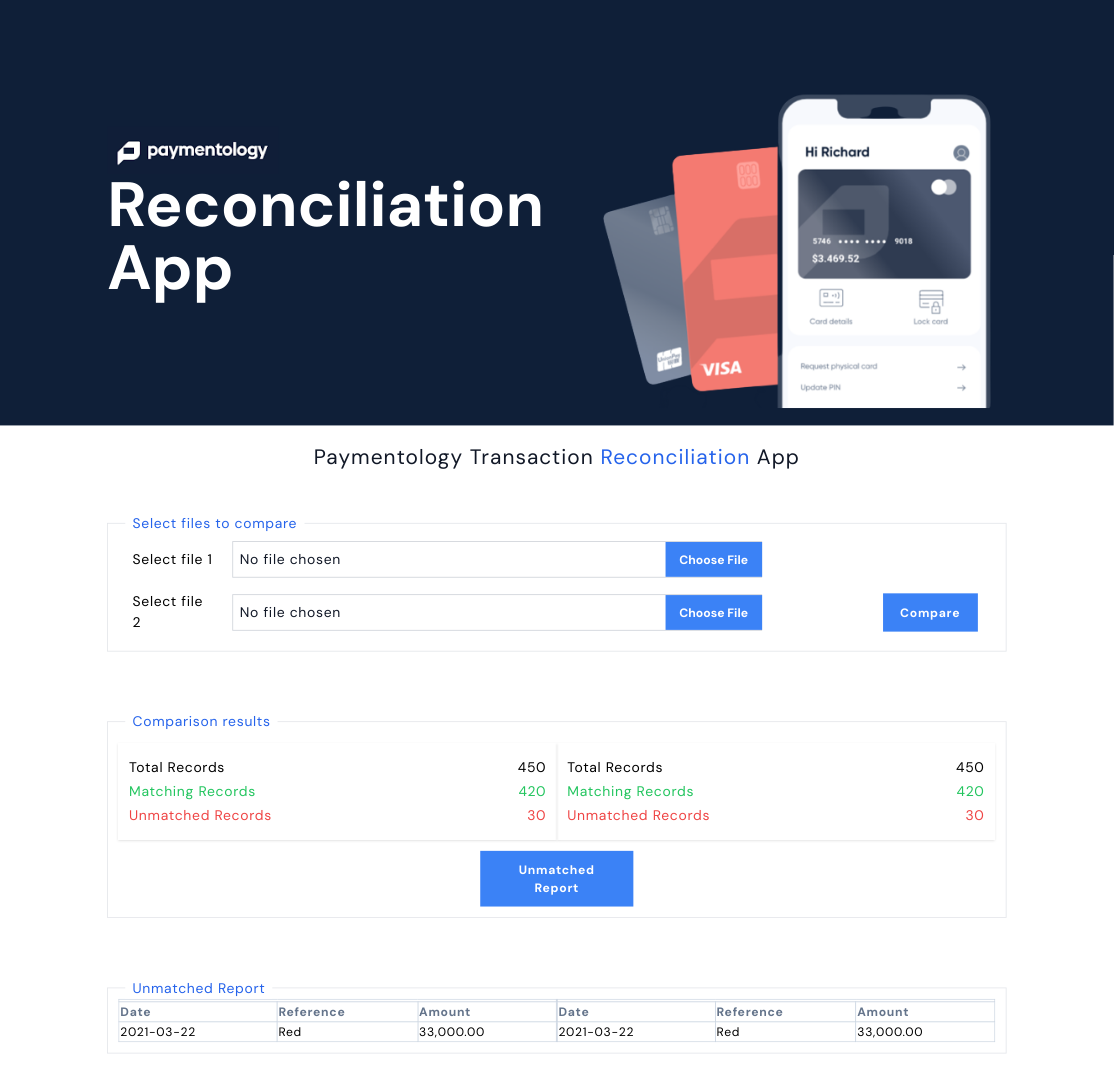
Repository: chionye/paymentology-front
Page: /
These files come from the project's save history. The page is drawn as it stood at one moment and after a run of saves; the edit follows.
The browser window is 1280 px wide. The pictures show the whole page, at 87% of full size.
The project was rebuilt for these pictures with package versions that can differ from the ones it lists, and the page was loaded fresh each time.

Above is the page before, as saved 2022-03-20 13:49:43.

### public/index.html
<!DOCTYPE html>
<html lang="en">
  <head>
    <meta charset="utf-8" />
    <link rel="icon" href="%PUBLIC_URL%/favicon.ico" />
    <meta name="viewport" content="width=device-width, initial-scale=1" />
    <meta name="theme-color" content="#000000" />
    <meta
      name="description"
      content="Web site created using create-react-app"
    />
    <link rel="preconnect" href="https://fonts.googleapis.com">
    <link rel="preconnect" href="https://fonts.gstatic.com" crossorigin>
    <link href="https://fonts.googleapis.com/css2?family=DM+Sans:wght@400;700&display=swap" rel="stylesheet">
    <link rel="apple-touch-icon" href="%PUBLIC_URL%/logo192.png" />
    <!--
      manifest.json provides metadata used when your web app is installed on a
      user's mobile device or desktop. See https://developers.google.com/web/fundamentals/web-app-manifest/
    -->
    <link rel="manifest" href="%PUBLIC_URL%/manifest.json" />
    <!--
      Notice the use of %PUBLIC_URL% in the tags above.
      It will be replaced with the URL of the `public` folder during the build.
      Only files inside the `public` folder can be referenced from the HTML.

      Unlike "/favicon.ico" or "favicon.ico", "%PUBLIC_URL%/favicon.ico" will
      work correctly both with client-side routing and a non-root public URL.
      Learn how to configure a non-root public URL by running `npm run build`.
    -->
    <title>React App</title>
  </head>
  <body>
    <noscript>You need to enable JavaScript to run this app.</noscript>
    <div id="root"></div>
    <!--
      This HTML file is a template.
      If you open it directly in the browser, you will see an empty page.

      You can add webfonts, meta tags, or analytics to this file.
      The build step will place the bundled scripts into the <body> tag.

      To begin the development, run `npm start` or `yarn start`.
      To create a production bundle, use `npm run build` or `yarn build`.
    -->
  </body>
</html>

### src/index.css
@tailwind base;
@tailwind components;
@tailwind utilities;

body {
  margin: 0;
  padding:0;
  box-sizing: border-box;
  font-family: -apple-system, BlinkMacSystemFont, 'Segoe UI', 'Roboto', 'Oxygen',
    'Ubuntu', 'Cantarell', 'Fira Sans', 'Droid Sans', 'Helvetica Neue',
    sans-serif;
  -webkit-font-smoothing: antialiased;
  -moz-osx-font-smoothing: grayscale;
  font-family: 'DM Sans', sans-serif;
}

input[type=file]::file-selector-button {
  position: absolute;
  right:-5px;
  top:0;

}
input[type=file]::-ms-browse {
  position: absolute;
  right:-5px;
  top:0;
}

input[type=file]::-webkit-file-upload-button {
  position: absolute;
  right:-5px;
  top:0;
}

### src/App.js
import Banner from "./components/Banner";
import CompareFiles from "./components/CompareFiles";
import { FileProvider } from "./context/index.context";
import Results from "./components/Results";
import Report from "./components/Report";
import Title from "./components/Title";

function App() {
  return (
    <FileProvider>
      <Banner />
      <Title />

      <CompareFiles />
      <Results />
      <Report />
    </FileProvider>

  );
}

export default App;

### src/components/Banner.js
import BannerImg from "../assets/PaymentologyImg.png";
import Logo from "../assets/PaymentologyLogo.png"
import Container from "./Container";
const Banner = () => {
    const style = {
        background: "#0f1f38"
    }
    return(
        <div style={style} >
            <Container>
                <div className="w-5/6 mx-auto flex flex-col md:flex-row md:justify-between md:items-center">
                    <div className="w-1/2 text-white text-7xl font-bold">
                        <img className="" src={Logo}  alt="Paymentology Logo"/>
                        <h1>Reconciliation </h1>
                        <span>App</span>
                    </div>
                    <div className="w-1/2 ">
                        <img src={BannerImg} alt="Banner" />
                    </div>
                </div>

            </Container>



        </div>
    )
}

export default Banner;

### src/components/CompareFiles.js
import Button from "./Button";
import Container from "./Container";
import InputFile from "./InputFile";
import Section from "./Section";
import { useFileContext } from "../context/index.context";

const CompareFiles = () => {
    const {file, setFile} = useFileContext();

    const saveFile_1 = e => {
        setFile({
            ...file,
            file1: e.target.files[0],
            fileName1: e.target.files[0].name
        })
    }

    const saveFile_2 = e => {
        setFile({
            ...file,
            file2: e.target.files[0],
            fileName2: e.target.files[0].name
        })
    }

    return(
        <Container>
            <Section title={"Select files to compare"}>
                <InputFile
                file={"Select file 1"}
                handleFile={saveFile_1}
                 />
                <div className="flex flex-col md:flex-row md:items-center md:justify-between">
                    <InputFile
                    file={"Select file 2"}
                    handleFile={saveFile_2}
                    />
                    <div className="my-3 md:my-0 md:mr-5">

                    <Button width={"w-full"} label={"Compare"} />
                    </div>

                </div>
            </Section>
        </Container>

    )
}

export default CompareFiles;

### src/context/index.context.js
import { createContext, useContext, useState } from "react";

const FileContext = createContext(null);

export const FileProvider = ({children}) => {
     const [file, setFile] = useState({
        file1: '',
        fileName1: '',
        file2:'',
        fileName2: ''
    });

    return(
        <FileContext.Provider value={{file, setFile}}>
            {children}
        </FileContext.Provider>
    )
}

export const useFileContext = () => useContext(FileContext);

### src/components/Results.js
import Button from "./Button";
import Container from "./Container";
import FileSummary from "./FileSummary";
import Section from "./Section";
import { useFileContext } from "../context/index.context";

const Results = () => {
    const { file } = useFileContext();
    return(
        <Container>
            <Section title={"Comparison results"}>
                <div className="flex flex-col md:flex-row md:justify-between md:items-center">
                    <FileSummary
                        fileName={file.fileName1}
                        totalRecords={450}
                        matchingRecords={420}
                        unmatchedRecords={30}
                    />
                    <FileSummary
                        fileName={file.fileName2}
                        totalRecords={450}
                        matchingRecords={420}
                        unmatchedRecords={30}
                    />
                </div>
                <div className="md:flex md:w-44 md:justify-center md:mx-auto">
                        <Button width={"w-full"} label={"Unmatched Report"} />
                </div>
            </Section>
        </Container>
    )
}

export default Results;

### src/components/Report.js
import Container from "./Container";
import Section from "./Section";
import FileReports from "./FileReports";


const Report = () => {

    return(
        <Container>
            <Section title={"Unmatched Report"}>
                <FileReports />
            </Section>
        </Container>
    )
}

export default Report;

### src/components/Title.js
import Container from "./Container"

const Title = () => {
    return(
        <Container>
            <div className="md:w-5/6 mx-auto">
                <h1 className="font-medium tracking-wider text-center  leading-loose text-xl md:text-2xl text-gray-900">Paymentology Transaction <span className="text-blue-600">Reconciliation</span> App</h1>

            </div>
        </Container>
    )
}

export default Title;

### src/components/Container.js
const Container = (props) => {

    return <div className="p-5 mx-auto">{props.children}</div>
}
export default Container;

### src/components/Button.js
const Button = (props) => {

    return <button className={`${props.width} bg-blue-500 hover:bg-blue-700 py-3 px-5 text-sm text-white font-semibold`} disabled={true}>{props.label}</button>
}

export default Button;

### src/components/InputFile.js


const InputFile = (props) => {


    return(
        <div className="flex flex-col md:flex-row w-full md:w-3/4 md:items-center md:justify-between text-sm md:text-base tracking-wider my-2 md:px-4">
            <label className="w-28 ">{props.file}</label>
            <div className="w-full border border-1 border-gray-300 py-2.5 sm:py-2 relative md:ml-5">
                <input type="file"
                        className="block
                        font-medium
                        tracking-wider
                        w-full
                        pl-2
                        appearance-none
                        text-gray-900
                        file:py-2.5
                        file:px-4
                        file:border-0
                        file:text-sm
                        file:font-semibold
                        file:bg-blue-500
                        hover:file:bg-blue-700
                        file:text-white"
                        onChange={props.handleFile}
                    />
            </div>

        </div>
    )
}

export default InputFile;

### src/components/Section.js

const Section = (props) => {
    return(
        <div className="relative md:w-5/6  h-auto p-3 border border-1 border-gray mx-auto my-5 tracking-wider">
            <div className="absolute font-medium -top-3 left-1 md:left-5 bg-white  text-blue-600 px-2">{props.title}</div>
            {props.children}
        </div>
    )
}

export default Section;

### src/components/FileSummary.js
const FileSummary = (props) => {
    return(
        <div className="shadow text-sm md:text-base p-3 my-3 w-full md:w-1/2  max-w-lg tracking-wider ">
            <div className="font-semibold text-xl">{props.fileName}</div>
            <div className="flex flex-row justify-between my-1">
                <span>Total Records</span>
                <span>{props.totalRecords}</span>
            </div>
            <div className="flex flex-row justify-between my-1 text-green-500">
                <span>Matching Records</span>
                <span>{props.matchingRecords}</span>
            </div>
            <div className="flex flex-row justify-between my-1 text-red-500">
                <span>Unmatched Records</span>
                <span>{props.unmatchedRecords}</span>
            </div>
        </div>
    )
}

export default FileSummary;

### src/components/FileReports.js
import { useFileContext } from "../context/index.context";
import FileReport from './FileReport';

const FileReports = () => {
    const {file} = useFileContext();

    return(
        <div className="w-full overflow-x-scroll flex flex-row">
            <FileReport
                fileName={file.fileName1}
                date={'2021-03-22'}
                reference={'Red'}
                amount={'33,000.00'}
            />
            <FileReport
                fileName={file.fileName2}
                date={'2021-03-22'}
                reference={'Red'}
                amount={'33,000.00'}
            />
        </div>

    )
}

export default FileReports;

### src/components/FileReport.js
const FileReport = (props) => {
    return(
        <table className="w-full border-collapse border-gray-300 text-sm">
            <thead>
                <tr className="text-left">
                    <th className="font-medium text-base border border-slate-300" colSpan={3} >{props.fileName}</th>
                </tr>
                <tr className="text-left text-slate-500">
                    <th className="border border-slate-300">Date</th>
                    <th className="border border-slate-300">Reference</th>
                    <th className="border border-slate-300">Amount</th>
                </tr>
            </thead>
            <tbody>
                <tr>
                    <td className="border border-slate-300">{props.date}</td>
                    <td className="border border-slate-300">{props.reference}</td>
                    <td className="border border-slate-300">{props.amount}</td>
                </tr>
            </tbody>
        </table>
    )
}

export default FileReport;

Loaded but not shown: src/index.js (common file); src/reportWebVitals.js (common file); tailwind.config.js (common file)

After the next 3 saves:
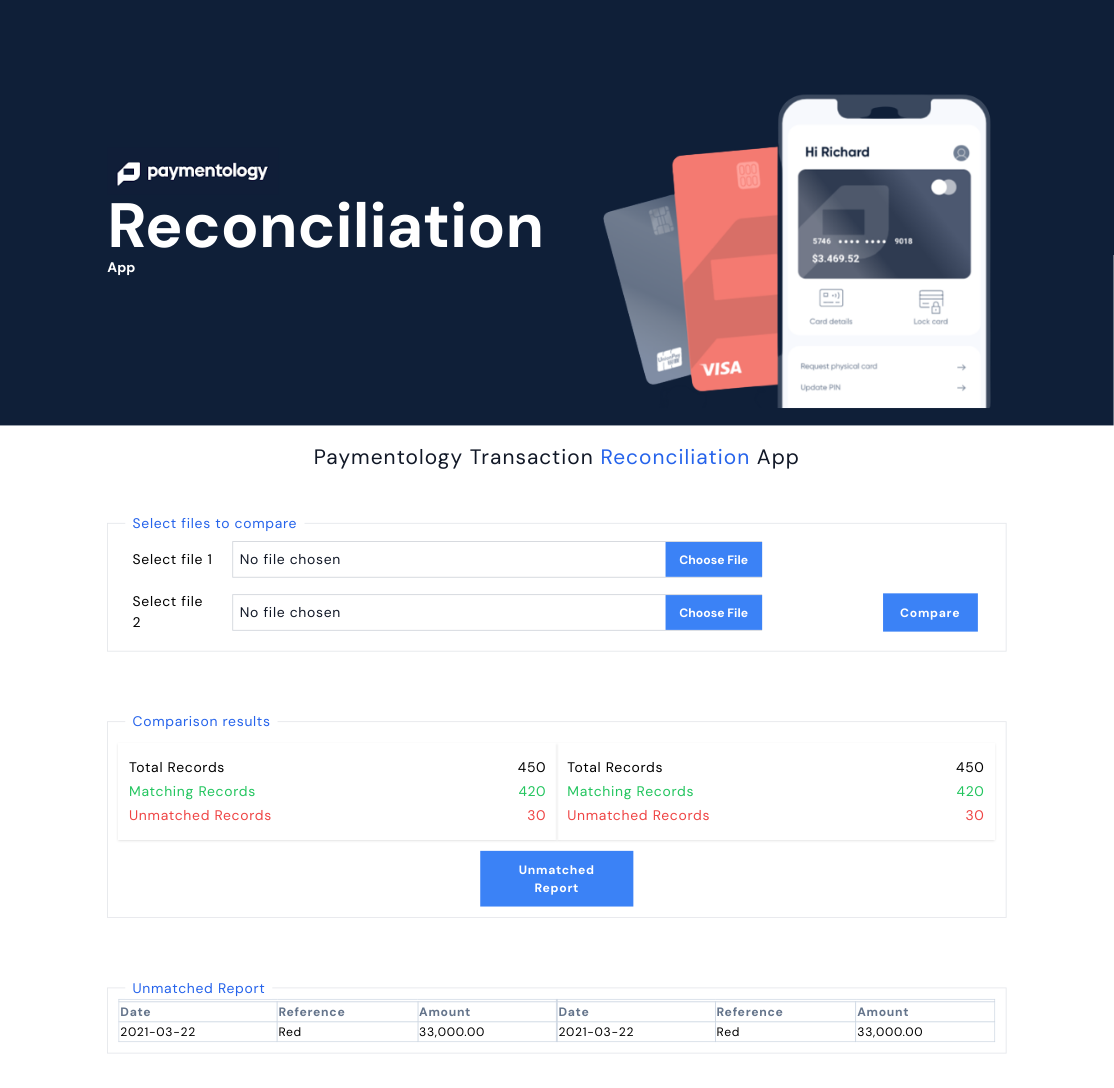
The 3 saves are shown as one change because they came seconds apart.
The last was saved 17 s later.
--- a/src/components/Banner.js
+++ b/src/components/Banner.js
@@ -9,9 +9,9 @@ const Banner = () => {
         <div style={style} >
             <Container>
                 <div className="w-5/6 mx-auto flex flex-col md:flex-row md:justify-between md:items-center">
-                    <div className="w-1/2 text-white text-7xl font-bold">
+                    <div className="w-1/2 text-white  font-bold">
                         <img className="" src={Logo}  alt="Paymentology Logo"/>
-                        <h1>Reconciliation </h1>
+                        <h1 className="text-7xl">Reconciliation </h1>
                         <span>App</span>
                     </div>
                     <div className="w-1/2 ">
